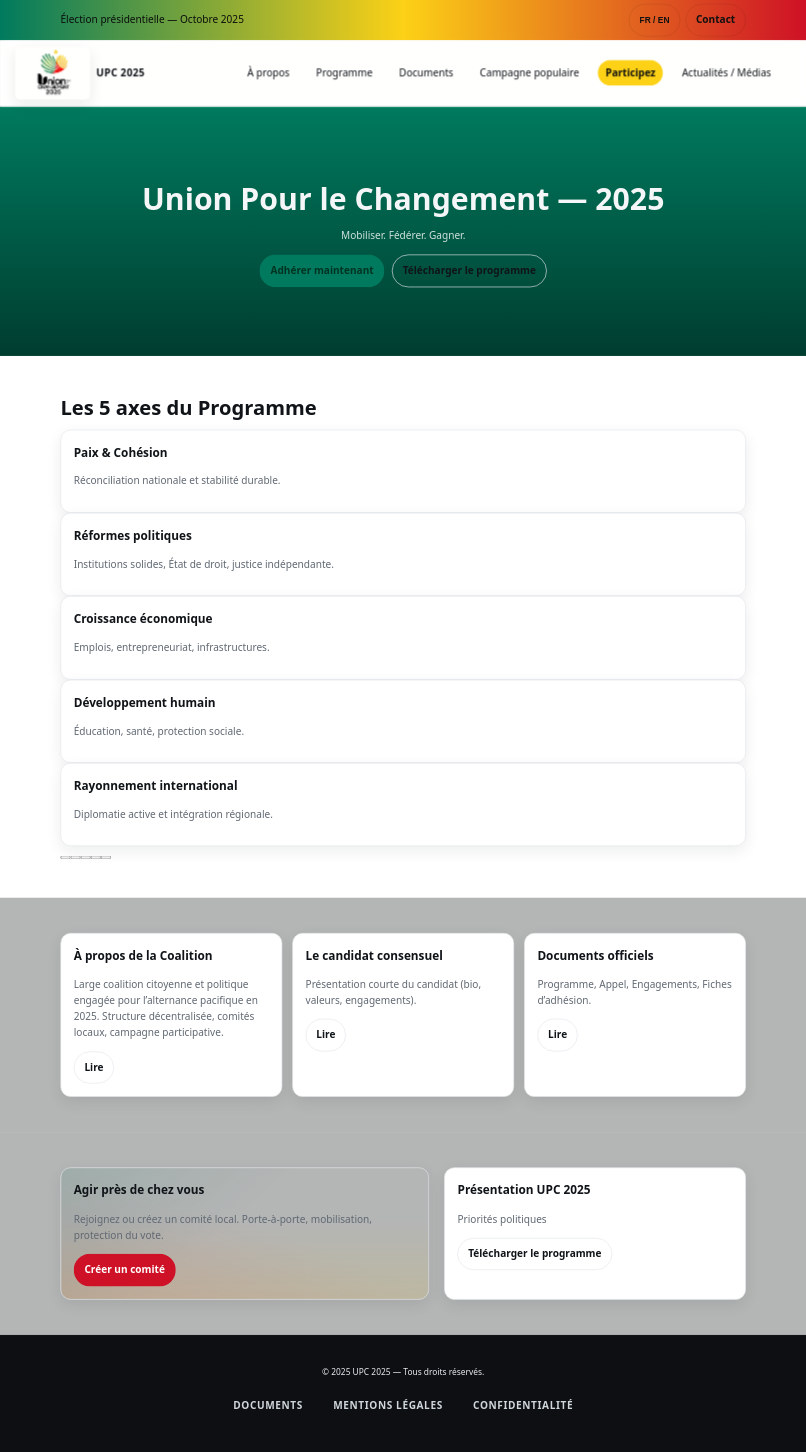
Repository: Kishny/upc2025
Page: index.html
The author's editor kept a copy of each file at every save. The page is drawn from the files as they stood at one save, then again after the next save.
The browser window is 1280 px wide. The pictures show the whole page, at 63% of full size.

Above is the page before, as saved 2025-09-11 01:40:58.

### index.html
<!DOCTYPE html>
<html lang="fr">
  <head>
    <meta charset="utf-8" />
    <meta name="viewport" content="width=device-width,initial-scale=1" />
    <title>UPC 2025 — Union Pour le Changement</title>
    <meta
      name="description"
      content="Coalition citoyenne pour l'alternance pacifique au Cameroun en 2025. Mobilisation, documents officiels, adhésion."
    />
    <link rel="preload" href="assets/css/styles.css" as="style" />
    <link rel="stylesheet" href="assets/css/styles.css" />
    <link rel="icon" href="assets/img/logo.png" />
    <meta property="og:title" content="UPC 2025 — Union Pour le Changement" />
    <meta
      property="og:description"
      content="Mobilisons-nous pour 2025 : adhérer, créer un comité, télécharger le programme."
    />
    <meta property="og:image" content="assets/img/hero-1.jpg" />
    <meta name="theme-color" content="#007A5E" />
  </head>
  <body>
    <!-- Topbar -->
    <div class="topbar">
      <div class="container">
        <span class="topbar__msg" data-i18n="topbar_msg"
          >Élection présidentielle — Octobre 2025</span
        >
        <div class="topbar__actions">
          <button
            id="langToggle"
            class="btn btn--ghost"
            aria-label="Toggle language"
          >
            FR / EN
          </button>
          <a class="btn btn--ghost" href="contact.html" data-i18n="contact"
            >Contact</a
          >
        </div>
      </div>
    </div>

    <!-- Header / Nav -->
    <header class="header">
      <div class="container header__inner">
        <a href="index.html" class="brand">
          <img src="assets/img/logo.png" alt="UPC 2025" class="brand__logo" />
          <span class="brand__title">UPC 2025</span>
        </a>

        <nav id="nav" class="nav" aria-label="Navigation principale">
          <a href="a-propos.html" data-i18n="nav_about">À propos</a>
          <a href="programme.html" data-i18n="nav_program">Programme</a>
          <a href="documents-officiels.html" data-i18n="nav_docs"
            >Documents officiels</a
          >
          <a href="campagne-populaire.html" data-i18n="nav_campaign"
            >Campagne populaire</a
          >
          <a href="participez.html" class="nav__cta" data-i18n="nav_join"
            >Participez</a
          >
          <a href="actualites-medias.html" data-i18n="nav_news_media"
            >Actualités / Médias</a
          >
        </nav>

        <button id="burger" class="burger" aria-label="Menu">
          <span></span><span></span><span></span>
        </button>
      </div>
    </header>

    <!-- Hero -->
    <section class="hero">
      <div class="hero__content container">
        <h1 class="hero__title" data-i18n="hero_title">
          Union Pour le Changement — 2025
        </h1>
        <p class="hero__subtitle" data-i18n="hero_subtitle">
          Mobiliser. Fédérer. Gagner.
        </p>
        <div class="hero__cta">
          <a
            href="participez.html#form-adhesion"
            class="btn btn--primary"
            data-i18n="cta_join"
          >
            Adhérer maintenant
          </a>
          <a
            href="documents-officiels.html"
            class="btn btn--outline"
            data-i18n="cta_program"
            >Télécharger le programme</a
          >
        </div>
      </div>
    </section>

    <!-- Slider des axes du Programme -->
    <section class="section">
      <div class="container">
        <h2 data-i18n="program_axes">Les 5 axes du Programme</h2>
        <div class="axis-slider" id="axisSlider">
          <div class="axis-slide card">
            <h3 data-i18n="axis_1_title">Paix & Cohésion</h3>
            <p data-i18n="axis_1_text">
              Réconciliation nationale et stabilité durable.
            </p>
          </div>
          <div class="axis-slide card">
            <h3 data-i18n="axis_2_title">Réformes politiques</h3>
            <p data-i18n="axis_2_text">
              Institutions solides, État de droit, justice indépendante.
            </p>
          </div>
          <div class="axis-slide card">
            <h3 data-i18n="axis_3_title">Croissance économique</h3>
            <p data-i18n="axis_3_text">
              Emplois, entrepreneuriat, infrastructures.
            </p>
          </div>
          <div class="axis-slide card">
            <h3 data-i18n="axis_4_title">Développement humain</h3>
            <p data-i18n="axis_4_text">Éducation, santé, protection sociale.</p>
          </div>
          <div class="axis-slide card">
            <h3 data-i18n="axis_5_title">Rayonnement international</h3>
            <p data-i18n="axis_5_text">
              Diplomatie active et intégration régionale.
            </p>
          </div>
        </div>
        <div class="axis-dots" id="axisDots"></div>
      </div>
    </section>

    <!-- Trois blocs d’accroche -->
    <section class="section section--alt">
      <div class="container cards">
        <article class="card">
          <h3 data-i18n="about_title">À propos de la Coalition</h3>
          <p data-i18n="about_text">
            Large coalition citoyenne et politique engagée pour l’alternance
            pacifique en 2025.
          </p>
          <a href="a-propos.html" class="btn btn--outline" data-i18n="read_more"
            >Lire</a
          >
        </article>
        <article class="card">
          <h3 data-i18n="candidate_title">Le candidat consensuel</h3>
          <p data-i18n="candidate_text">
            Vision, valeurs et engagements — découvrez le serment et
            l’engagement.
          </p>
          <a
            href="documents-officiels.html"
            class="btn btn--outline"
            data-i18n="read_more"
            >Lire</a
          >
        </article>
        <article class="card">
          <h3 data-i18n="docs_title">Documents officiels</h3>
          <p data-i18n="doc_program_desc">
            Programme, Appel, Engagements, Fiches d’adhésion.
          </p>
          <a
            href="documents-officiels.html"
            class="btn btn--outline"
            data-i18n="read_more"
            >Lire</a
          >
        </article>
      </div>
    </section>

    <!-- Bande CTA -->
    <section class="section section--alt">
      <div class="container grid-2">
        <div class="card gradient-cm">
          <h3 data-i18n="call_action">Agir près de chez vous</h3>
          <p data-i18n="call_action_text">
            Rejoignez ou créez un comité local.
          </p>
          <a
            href="participez.html#comite"
            class="btn btn--secondary"
            data-i18n="cta_create_committee"
            >Créer un comité</a
          >
        </div>
        <div class="card">
          <h3 data-i18n="doc_program">Programme Commun</h3>
          <p data-i18n="pillar_1">Priorités politiques</p>
          <a
            href="documents-officiels.html"
            class="btn btn--outline"
            data-i18n="cta_program"
            >Télécharger</a
          >
        </div>
      </div>
    </section>

    <!-- Footer -->
    <footer class="footer footer--solid">
      <div class="container footer__inner">
        <small
          >© <span id="year"></span> UPC 2025 —
          <span data-i18n="rights">Tous droits réservés.</span></small
        >
        <nav class="footer__nav">
          <a href="documents-officiels.html" data-i18n="footer_docs"
            >Documents</a
          >
          <a href="#" data-i18n="footer_legal">Mentions légales</a>
          <a href="#" data-i18n="footer_privacy">Confidentialité</a>
        </nav>
      </div>
    </footer>

    <script src="assets/js/app.js" defer></script>
  </body>
</html>

### assets/css/styles.css
/* =========
   PALETTE & TOKENS (LIGHT)
   ========= */
:root {
  /* Cameroun */
  --cm-green: #007a5e;
  --cm-red: #ce1126;
  --cm-yellow: #fcd116;

  /* Thème clair */
  --bg: #f7f7f4; /* blanc cassé */
  --surface: #ffffff; /* carte / section claire */
  --surface-2: #b4b5b5; /* alternance de section */
  --text: #101418; /* texte principal */
  --muted: #606872; /* texte secondaire */
  --border: #e3e6ea; /* traits & inputs */
  --radius: 16px;
  --shadow: 0 8px 24px rgba(16, 20, 24, 0.08);
}

/* =========
   RESET & LAYOUT
   ========= */
* {
  box-sizing: border-box;
}
html,
body {
  height: 100%;
}
body {
  margin: 0;
  font-family: system-ui, -apple-system, Segoe UI, Roboto, Inter, Arial,
    sans-serif;
  color: var(--text);
  background: var(--bg);
  line-height: 1.6;
  padding: 0;
}
h1,
h2,
h3,
p {
  margin-top: 0;
}
img {
  max-width: 100%;
  display: block;
}
a {
  color: inherit;
  text-decoration: none;
}

.container {
  max-width: 1120px;
  margin-inline: auto;
  padding: 0 16px;
}
.grid-2 {
  display: grid;
  gap: 24px;
  grid-template-columns: 1.1fr 0.9fr;
}
@media (max-width: 900px) {
  .grid-2 {
    grid-template-columns: 1fr;
  }
}

/* =========
   TOPBAR & BOUTONS
   ========= */
.topbar {
  background: linear-gradient(
    90deg,
    var(--cm-green),
    var(--cm-yellow),
    var(--cm-red)
  );
  color: #0b0e0c;
}
.topbar .container {
  display: flex;
  align-items: center;
  justify-content: space-between;
  padding: 6px 16px;
}
.topbar__actions {
  display: flex;
  gap: 8px;
}

.btn {
  display: inline-flex;
  align-items: center;
  justify-content: center;
  gap: 0.5rem;
  padding: 0.75rem 1rem;
  border-radius: 999px;
  border: 1px solid transparent;
  cursor: pointer;
  font-weight: 700;
  transition: 0.2s;
}
.btn--primary {
  background: var(--cm-green);
  color: #032;
  border-color: transparent;
}
.btn--primary:hover {
  filter: brightness(1.05);
}
.btn--secondary {
  background: var(--cm-red);
  color: #fff;
}
.btn--secondary:hover {
  filter: brightness(1.05);
}
.btn--outline {
  background: transparent;
  color: var(--text);
  border-color: var(--border);
}
.btn--outline:hover {
  border-color: var(--cm-yellow);
  color: var(--cm-yellow);
}
.btn--ghost {
  background: transparent;
  color: #111;
  border: 1px solid rgba(0, 0, 0, 0.12);
}

/* =========
   HEADER (logo + à gauche, nav + à droite, plein écran)
   ========= */
.header {
  position: sticky;
  top: 0;
  z-index: 100;
  background: rgba(255, 255, 255, 0.92);
  backdrop-filter: saturate(140%) blur(10px);
  border-bottom: 1px solid var(--border);
}

/* ⚠️ On neutralise le max-width de .container dans le header uniquement */
.header > .container {
  max-width: none; /* plein écran */
  width: 100%;
  padding-inline: clamp(8px, 2vw, 24px); /* bordure fine gauche/droite */
}

.header__inner {
  display: grid;
  grid-template-columns: auto 1fr auto; /* brand | espace | burger (ou rien) */
  align-items: center;
  column-gap: 20px;
  padding: 10px 0;
}

/* Brand : collé à gauche, ne rétrécit pas */
.brand {
  display: flex;
  align-items: center;
  gap: 10px;
  justify-self: start; /* colle à gauche */
  flex-shrink: 0;
}
.brand__logo {
  height: clamp(60px, 8vw, 84px);
  width: auto;
  border-radius: 8px;
  box-shadow: var(--shadow);
}
.brand__title {
  font-weight: 800;
  letter-spacing: 0.5px;
  white-space: nowrap;
}

/* Nav : poussée complètement à droite */
.nav {
  display: flex;
  align-items: center;
  gap: 18px;
  justify-self: end; /* colle à droite */
  margin-left: auto; /* pousse depuis la brand */
  flex-wrap: nowrap;
  min-width: 0;
}
.nav a {
  padding: 8px 12px;
  border-radius: 999px;
  white-space: nowrap;
  word-break: keep-all;
}
.nav a:hover,
.nav a.active {
  background: var(--surface-2);
}

.nav__cta {
  background: var(--cm-yellow);
  color: #111;
  font-weight: 800;
}
.nav__cta:hover {
  filter: brightness(1.05);
}

/* Burger */
.burger {
  display: none;
  background: transparent;
  border: 0;
  padding: 8px;
  justify-self: end; /* aligne le burger à droite quand visible */
}
.burger span {
  display: block;
  width: 26px;
  height: 2px;
  background: #111;
  margin: 6px 0;
  transition: 0.2s;
}

/* Confort : si ça serre un peu avant le breakpoint, autorise un léger scroll */
@media (min-width: 901px) {
  .nav {
    overflow-x: auto;
  }
  .nav::-webkit-scrollbar {
    display: none;
  }
}

/* Mobile */
@media (max-width: 900px) {
  .nav {
    position: fixed;
    inset: 64px 0 auto 0;
    transform: translateY(-120%);
    background: rgba(255, 255, 255, 0.98);
    border-bottom: 1px solid var(--border);
    padding: 20px;
    flex-direction: column;
    gap: 12px;
  }
  .nav.open {
    transform: translateY(0);
  }
  .burger {
    display: block;
  }
}

/* =========
   HERO (dégradé vert conservé)
   ========= */
.hero {
  position: relative;
  min-height: clamp(320px, 50vh, 560px); /* hauteur raisonnable */
  display: flex;
  flex-direction: column;
  justify-content: center; /* centre verticalement */
  align-items: center; /* centre horizontalement */
  text-align: center; /* optionnel : texte centré */
  gap: 16px;
  padding: 24px 16px; /* juste un peu de respiration autour */
  margin-top: 0;
  background: linear-gradient(180deg, #007a5e, #003d2f);
  color: #f4f6f8;
}

@media (min-width: 1200px) {
  .hero {
    min-height: clamp(360px, 55vh, 600px);
  }
}

.hero h1,
.hero h2,
.hero p {
  margin-top: 0; /* empêche les marges par défaut */
}
.hero__overlay {
  position: absolute;
  inset: 0;
  background: linear-gradient(180deg, transparent 20%, rgba(0, 0, 0, 0.45) 70%);
}
.hero__content {
  position: relative;
}
.hero__title {
  font-size: clamp(28px, 5vw, 48px);
  margin: 0 0 8px;
  font-weight: 900;
}
.hero__subtitle {
  margin: 0 0 16px;
  color: rgba(255, 255, 255, 0.82);
}
.hero__cta {
  display: flex;
  justify-content: center;
  align-items: center;
  gap: 12px;
  flex-wrap: wrap;
  margin-top: 16px;
}

/* =========
   SECTIONS (sur fond clair)
   ========= */
.section {
  padding: 56px 0;
  background: var(--surface);
}
.section--alt {
  background: var(--surface-2);
}
.section h2 {
  margin: 0 0 10px;
  font-size: clamp(22px, 3.5vw, 32px);
  color: var(--text);
}
.section p {
  color: var(--muted);
}

/* Cartes */
.card {
  background: #fff;
  border: 1px solid var(--border);
  border-radius: var(--radius);
  padding: 20px;
  box-shadow: var(--shadow);
}
.gradient-cm {
  background: linear-gradient(140deg, rgba(0, 122, 94, 0.12), transparent 45%),
    linear-gradient(20deg, rgba(206, 17, 38, 0.1), transparent 55%),
    linear-gradient(0deg, rgba(252, 209, 22, 0.12), transparent 60%);
}

/* Listes */
.checklist {
  list-style: none;
  padding: 0;
  margin: 12px 0 0;
}
.checklist li {
  padding-left: 28px;
  position: relative;
  margin: 6px 0;
  color: var(--text);
}
.checklist li::before {
  content: "✓";
  position: absolute;
  left: 0;
  top: 0;
  color: var(--cm-green);
  font-weight: 900;
}

/* Grilles */
.cards {
  display: grid;
  gap: 16px;
  grid-template-columns: repeat(3, 1fr);
}
@media (max-width: 900px) {
  .cards {
    grid-template-columns: 1fr;
  }
}
.card.doc:hover {
  border-color: var(--cm-yellow);
}
.card.news h3 {
  margin: 0 0 6px;
}

/* Candidat */
.candidate__photo img {
  border-radius: var(--radius);
  border: 1px solid var(--border);
  box-shadow: var(--shadow);
}

/* =========
   GALERIE
   ========= */
.gallery {
  display: grid;
  grid-template-columns: repeat(auto-fit, minmax(280px, 1fr));
  gap: 12px;
  justify-items: center;
}
.gallery img {
  width: 100%;
  max-width: 340px;
  border-radius: 12px;
  border: 1px solid var(--border);
  box-shadow: 0 6px 18px rgba(16, 20, 24, 0.1);
  object-fit: cover;
  transition: transform 0.3s ease, box-shadow 0.3s ease;
  cursor: default;
}
.gallery img:hover {
  transform: scale(1.05) translateY(-5px);
  box-shadow: 0 12px 28px rgba(16, 20, 24, 0.18);
}

/* =========
   FORMULAIRES (clair)
   ========= */
form label {
  display: grid;
  gap: 6px;
  margin: 10px 0;
}
input,
select,
textarea {
  background: #fff;
  border: 1px solid var(--border);
  color: var(--text);
  border-radius: 12px;
  padding: 12px;
  outline: none;
}
input:focus,
select:focus,
textarea:focus {
  border-color: var(--cm-green);
  box-shadow: 0 0 0 3px rgba(0, 122, 94, 0.12);
}
.form__small {
  color: var(--muted);
  font-size: 0.92rem;
  margin-top: 8px;
}
.form__alert {
  margin-top: 10px;
  padding: 10px;
  border-radius: 10px;
  border: 1px solid var(--border);
  background: #fff;
  color: var(--text);
}

/* =========
   FOOTER (noir conservé)
   ========= */
.footer--solid {
  background: #0d0f12;
  border-top: 1px solid #14171c;
  color: #e8edf1;
}
.footer__wrap,
.footer__inner {
  padding: 48px 16px;
  display: flex;
  flex-direction: column;
  align-items: center;
  gap: 18px;
  text-align: center;
}
.footer__logo {
  width: 76px;
  height: auto;
  opacity: 0.95;
  filter: drop-shadow(0 8px 22px rgba(0, 0, 0, 0.35));
}
.footer__title {
  display: flex;
  align-items: center;
  gap: 16px;
  letter-spacing: 0.08em;
  font-weight: 800;
  color: #f2f5f8;
  margin: 6px 0 4px;
}
.footer__line {
  display: inline-block;
  width: 160px;
  height: 1px;
  background: linear-gradient(
    90deg,
    transparent,
    rgba(255, 255, 255, 0.18),
    transparent
  );
}
@media (max-width: 600px) {
  .footer__line {
    width: 90px;
  }
}
.footer__socials {
  display: flex;
  gap: 14px;
  list-style: none;
  padding: 0;
  margin: 6px 0 8px;
}
.sbtn {
  --ring: rgba(255, 255, 255, 0.08);
  display: grid;
  place-items: center;
  width: 40px;
  height: 40px;
  border-radius: 999px;
  background: rgba(255, 255, 255, 0.06);
  color: #e9eef2;
  border: 1px solid rgba(255, 255, 255, 0.1);
  box-shadow: 0 6px 18px rgba(0, 0, 0, 0.35), inset 0 0 0 1px var(--ring);
  transition: transform 0.2s ease, box-shadow 0.2s ease, background 0.2s ease;
}
.sbtn:hover {
  transform: translateY(-3px);
  box-shadow: 0 12px 28px rgba(0, 0, 0, 0.5), 0 0 0 3px rgba(0, 122, 94, 0.25),
    0 0 24px rgba(252, 209, 22, 0.25), 0 0 12px rgba(206, 17, 38, 0.2);
}
.footer__nav {
  display: flex;
  gap: 28px;
  flex-wrap: wrap;
  justify-content: center;
  margin: 6px 0;
}
.footer__nav a {
  color: #cfd6dc;
  font-weight: 800;
  text-transform: uppercase;
  letter-spacing: 0.06em;
  padding: 6px 10px;
  border-radius: 8px;
  transition: color 0.2s ease, background 0.2s ease;
}
.footer__nav a:hover {
  color: #fff;
  background: rgba(255, 255, 255, 0.06);
}
.footer__copy {
  color: #aeb3b8;
  margin-top: 6px;
  display: block;
}

Loaded but not shown: assets/js/app.js (350 lines, source omitted)

After the next save:
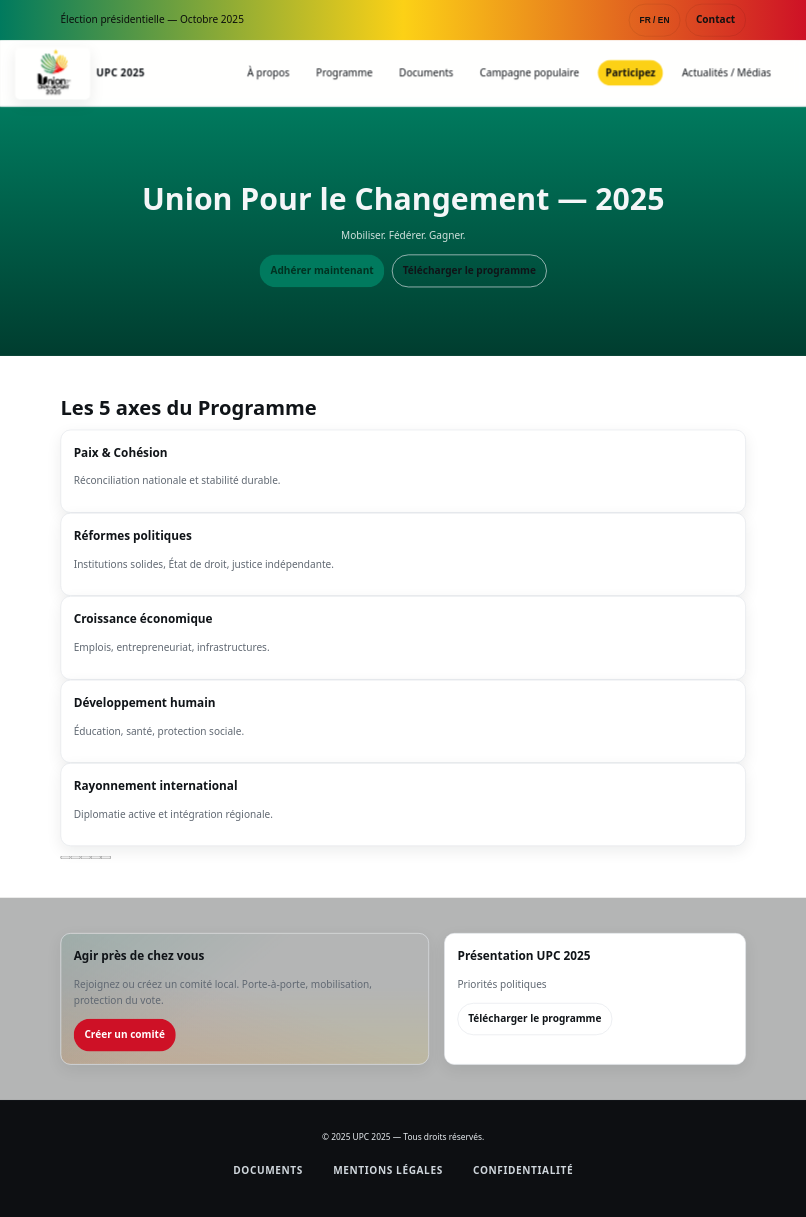
Saved 4 min 42 s later.
--- a/index.html
+++ b/index.html
@@ -137,47 +137,6 @@
       </div>
     </section>
 
-    <!-- Trois blocs d’accroche -->
-    <section class="section section--alt">
-      <div class="container cards">
-        <article class="card">
-          <h3 data-i18n="about_title">À propos de la Coalition</h3>
-          <p data-i18n="about_text">
-            Large coalition citoyenne et politique engagée pour l’alternance
-            pacifique en 2025.
-          </p>
-          <a href="a-propos.html" class="btn btn--outline" data-i18n="read_more"
-            >Lire</a
-          >
-        </article>
-        <article class="card">
-          <h3 data-i18n="candidate_title">Le candidat consensuel</h3>
-          <p data-i18n="candidate_text">
-            Vision, valeurs et engagements — découvrez le serment et
-            l’engagement.
-          </p>
-          <a
-            href="documents-officiels.html"
-            class="btn btn--outline"
-            data-i18n="read_more"
-            >Lire</a
-          >
-        </article>
-        <article class="card">
-          <h3 data-i18n="docs_title">Documents officiels</h3>
-          <p data-i18n="doc_program_desc">
-            Programme, Appel, Engagements, Fiches d’adhésion.
-          </p>
-          <a
-            href="documents-officiels.html"
-            class="btn btn--outline"
-            data-i18n="read_more"
-            >Lire</a
-          >
-        </article>
-      </div>
-    </section>
-
     <!-- Bande CTA -->
     <section class="section section--alt">
       <div class="container grid-2">
